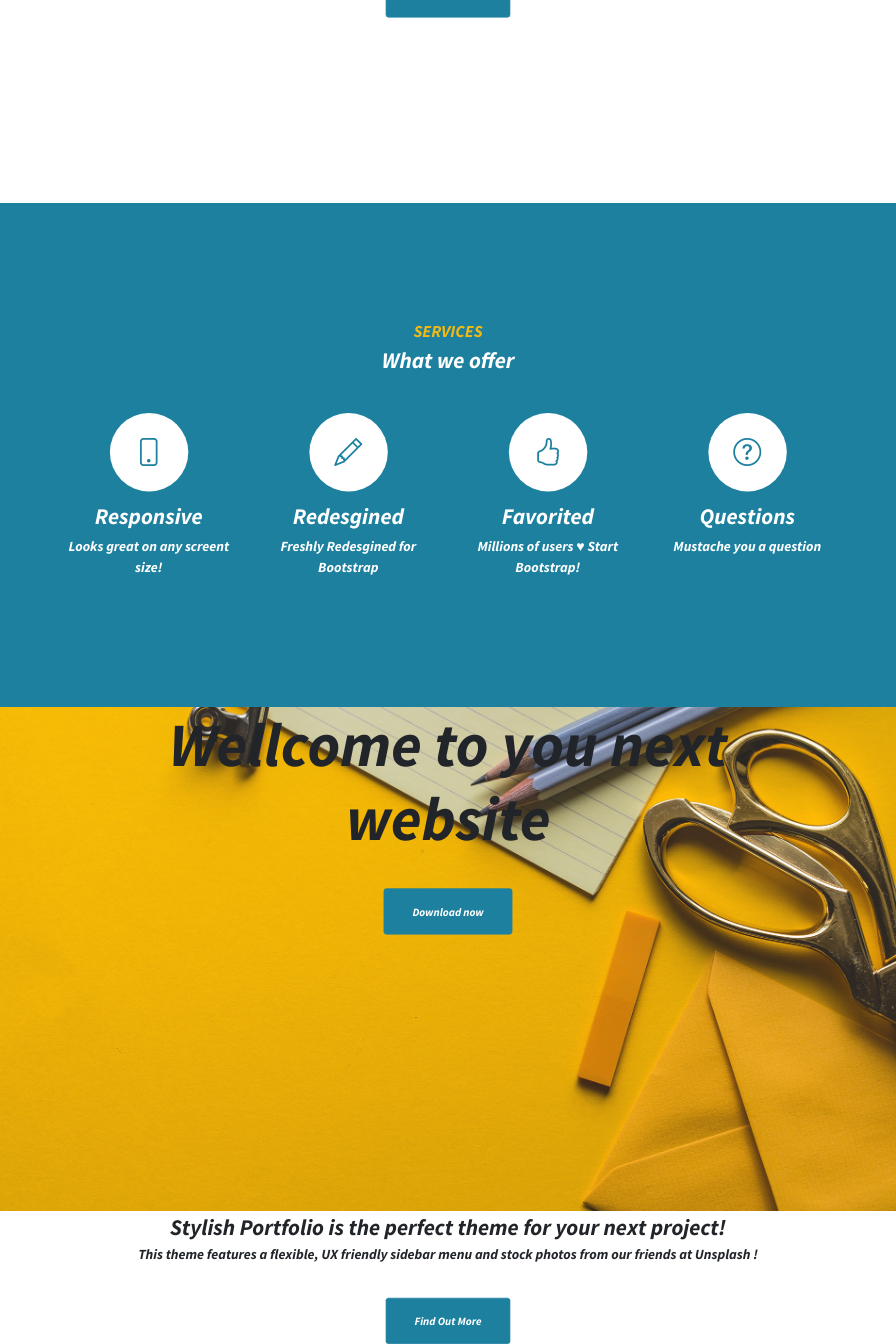
Repository: hoangpino/VE_FE_FrameWork_005
Page: lab06/index.html
An editor plug-in stored every save of this project. The page is shown before and after the next save, followed by the edit.
The browser window is 1280 px wide. The pictures show the part of the page from y = 1150 to 3070 px (the page is 3070 px tall before and 3061 px after), at 70% of full size.
Backgrounds fixed to the window are drawn as part of the page.

Above is the page before, as saved 2021-10-05 18:47:05.

### lab06/index.html
<!DOCTYPE html>
<html lang="en">

<head>
    <meta charset="UTF-8">
    <meta http-equiv="X-UA-Compatible" content="IE=edge">
    <meta name="viewport" content="width=device-width, initial-scale=1.0">
    <title>Portfolio</title>
    <link rel="stylesheet" href="./css/style.css" type="text/css" />
    <link rel="icon" href="./img/schools.png" />
    <link href="https://cdn.jsdelivr.net/npm/bootstrap@5.1.1/dist/css/bootstrap.min.css"
        rel="stylesheet"
        integrity="sha384-F3w7mX95PdgyTmZZMECAngseQB83DfGTowi0iMjiWaeVhAn4FJkqJByhZMI3AhiU"
        crossorigin="anonymous" />
    <link rel="stylesheet"
        href="https://cdnjs.cloudflare.com/ajax/libs/font-awesome/6.0.0-beta2/css/all.min.css" />
    <link rel="preconnect" href="https://fonts.googleapis.com">
    <link rel="preconnect" href="https://fonts.gstatic.com" crossorigin>
    <link
        href="https://fonts.googleapis.com/css2?family=Source+Sans+Pro:ital,wght@1,700&display=swap"
        rel="stylesheet" />
    <link rel="stylesheet"
        href="https://cdn.jsdelivr.net/npm/bootstrap-icons@1.5.0/font/bootstrap-icons.css">
</head>

<body>
    <a href="" class="menu-toggle rounded" hef="#" data-bs-toggle="offcanvas"
        data-bs-target="#offcanvas-right" aria-controls="offcanvas-right">
        <i class="fas fa-bars"></i>
    </a>
    <div class="offcanvas offcanvas-end" tabindex="-1" aria-labelledby="offcanvas-right-lable"
        id="offcanvas-right">
        <div class="offcanvas-header">
            <h5 id="offcanvas-right-label">Start Bootstrap</h5>
            <button type="button" class="btn-close btn-close-white text-reset"
                data-bs-dismiss="offcanvas" aria-label="Close"></button>
        </div>
        <div class="offcanvas-body">
            <ul class="sidebar-nav">
                <li class="sidebar-nav-item"><a href="#home">Home</a></li>
                <li class="sidebar-nav-item"><a href="#about">About</a></li>
                <li class="sidebar-nav-item"><a href="#services">Services</a></li>
                <li class="sidebar-nav-item"><a href="#callout">Callout</a></li>
                <li class="sidebar-nav-item"><a href="#portfolio">Portfolio</a></li>
                <li class="sidebar-nav-item"><a href="#">Contacts</a></li>
            </ul>
        </div>
    </div>

    <!-- Header -->
    <header class="d-flex align-items-center" id="home">
        <div class="container text-center">
            <h1 class="m-1">Stylist Portfolio</h1>
            <h3 class="mb-5">A Free Bootstrap Theme by Start Bootstrap </h3>
            <a href="" class="btn btn-primary btn-xl">Find Out More</a>
        </div>
    </header>

    <!-- About -->
    <section class="d-flex align-items-center" id="about">
        <div class="container text-center">
            <h2 class="m-1">Stylish Portfolio is the perfect theme for your next project!</h2>
            <p class="mb-5">This theme features a flexible, UX friendly sidebar menu and stock
                photos from our friends at Unsplash !</p>
            <a href="" class="btn btn-primary btn-xl">Find Out More</a>
        </div>
    </section>

    <!-- Services -->
    <section class="d-flex align-items-center" id="services">
        <div class="container text-center">
            <div class="section-header">
                <h4>Services</h4>
                <h2>What we offer</h2>
            </div>
            <div class="row">
                <div class="col-lg-3 col-md-6 mt-5">
                    <span class="services-icon mx-auto mb-3"><i class="bi bi-phone"></i></span>
                    <h2>Responsive</h2>
                    <p>Looks great on any screent size!</p>
                </div>
                <div class="col-lg-3 col-md-6 mt-5">
                    <span class="services-icon mx-auto mb-3"><i class="bi bi-pencil"></i></span>
                    <h2>Redesgined</h2>
                    <p>Freshly Redesgined for Bootstrap</p>
                </div>
                <div class="col-lg-3 col-md-6 mt-5">
                    <span class="services-icon mx-auto mb-3"><i
                            class="bi bi-hand-thumbs-up"></i></span>
                    <h2>Favorited</h2>
                    <p>Millions of users &hearts; Start Bootstrap!</p>
                </div>
                <div class="col-lg-3 col-md-6 mt-5">
                    <span class="services-icon mx-auto mb-3"><i
                            class="bi bi-question-circle"></i></span>
                    <h2>Questions</h2>
                    <p>Mustache you a question</p>
                </div>
            </div>
        </div>
    </section>

    <!-- Callout -->
    <section class="d-flex aglin-items-center" id="callout">
        <div class="container px-4 px-lg-5 text-center">
            <h1 class="mb-5">Wellcome to <em>you</em> next website</h1>
            <a href="#" class="btn btn-primary btn-xl">Download now</a>
        </div>
    </section>

    <!-- Portfolior -->
    <section class="d-flex align-items-center" id="portfolio">
        <div class="container text-center">
            <h2 class="m-1">Stylish Portfolio is the perfect theme for your next project!</h2>
            <p class="mb-5">This theme features a flexible, UX friendly sidebar menu and stock
                photos from our friends at Unsplash !</p>
            <a href="" class="btn btn-primary btn-xl">Find Out More</a>
        </div>
    </section>

    <script src="https://cdn.jsdelivr.net/npm/bootstrap@5.1.1/dist/js/bootstrap.bundle.min.js"
        integrity="sha384-/bQdsTh/da6pkI1MST/rWKFNjaCP5gBSY4sEBT38Q/9RBh9AH40zEOg7Hlq2THRZ"
        crossorigin="anonymous"></script>
</body>

</html>

### lab06/css/style.css
:root {
    --color-green: #1d809f;
    --color-green-dark:rgb(15, 64, 78);
    --color-dark:#343a40;
    --color-yellow: #f2b912;
}

body {
    font-family: 'Source Sans Pro', sans-serif !important;
}

* {
    margin: 0;
    padding: 0;
}
.menu-toggle {
    position: fixed;
    width: 50px;
    height: 50px;
    color: #fff;
    background-color: rgba(52,58,64,0.5);
    text-align: center;
    line-height: 50px;
    right: 15px;
    top: 15px;
}

.menu-toggle:hover {
    background-color: var(--color-dark);
    color: #fff;
}

.offcanvas {
    background-color: var(--color-green) !important;
    color: #fff;
    width: 250px;

}

.offcanvas ul {
    list-style: none;
    margin : 0;
    padding: 0;
}

.offcanvas a {
    color: #fff;
    display: block;
    padding: 15px;
    text-decoration: none;

}

.offcanvas a:hover {
    background-color: rgba(52, 58, 64, 0.2);
    color: #fff;
}

.offcanvas-body {
    padding: 0 !important;
    margin: 0;

}

.offcanvas-header {
    background-color: rgba(52, 58, 64, 0.1);
}

header {
    background: url(../img/bg-masthead.jpg);
    background-repeat: none;
    background-position: center center;
    background-size: cover;
    min-height: 100vh;
}

h1 {
    font-weight: 700 !important;
    font-size: 5.5rem !important;
}

h2 {
    font-weight: 700 !important;
    font-style: 2.0rem !important;
}

h3 {
    font-weight: 700 !important;
    font-style: 1.75rem !important;
    font-style: italic;
}

h4 {
    font-weight: 700;
    font-size: 1.0rem;
    text-transform: uppercase;
    color: var(--color-yellow);
}

p {
    font-weight: 300 !important;
    font-size: 1.25em;
}

.btn-primary {
    background-color: var(--color-green) !important;
    border-color: var(--color-green) !important;
}

.btn-primary:active, .btn-primary:hover {
    background-color: var(--color-green-dark) !important;
    border-color: var(--color-green-dark) !important;
}

.btn-xl {
    padding: 1.25em 2.5em !important;
}

#about {
    min-height: 100vh;
}

#services {
    min-height: 100vh;
    background-color: var(--color-green);
    color: #fff;
}

.services-icon {
    background-color:#fff !important;
    color: var(--color-green);
    height:7rem;
    width: 7rem;
    display: block;
    line-height: 7rem;
    text-align: center;
    font-size: 2.5em;
    border-radius: 50%;
}

#callout {
    min-height: 100vh;
    background: url(../img/bg-callout.jpg);
    background-repeat: none;
    background-position: top center;
    background-size: cover;
    background-attachment: fixed;
}

After the next save:
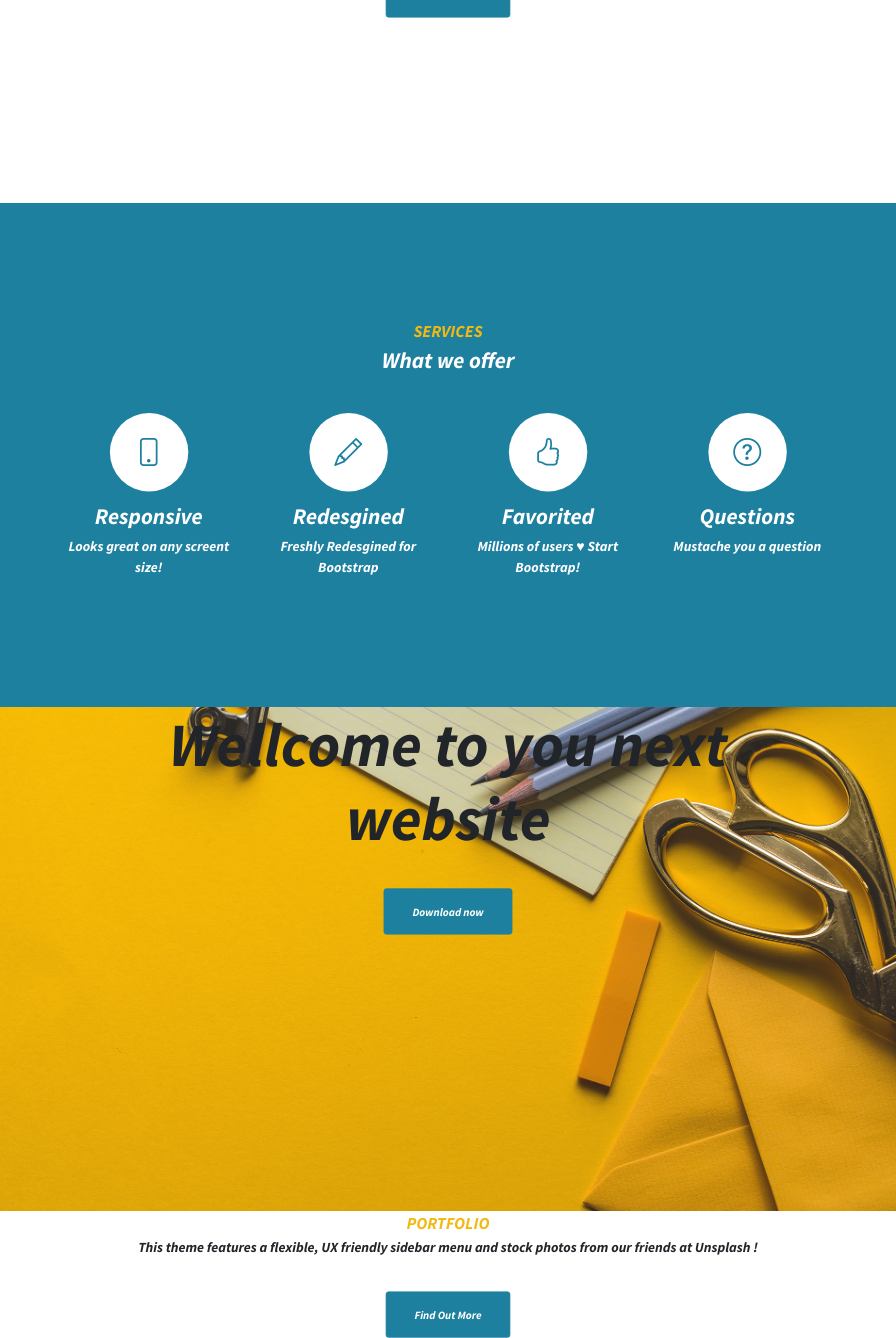
Saved 34 s later.
--- a/lab06/index.html
+++ b/lab06/index.html
@@ -111,7 +111,7 @@
     <!-- Portfolior -->
     <section class="d-flex align-items-center" id="portfolio">
         <div class="container text-center">
-            <h2 class="m-1">Stylish Portfolio is the perfect theme for your next project!</h2>
+            <h4 class="m-1">Portfolio</h4>
             <p class="mb-5">This theme features a flexible, UX friendly sidebar menu and stock
                 photos from our friends at Unsplash !</p>
             <a href="" class="btn btn-primary btn-xl">Find Out More</a>
